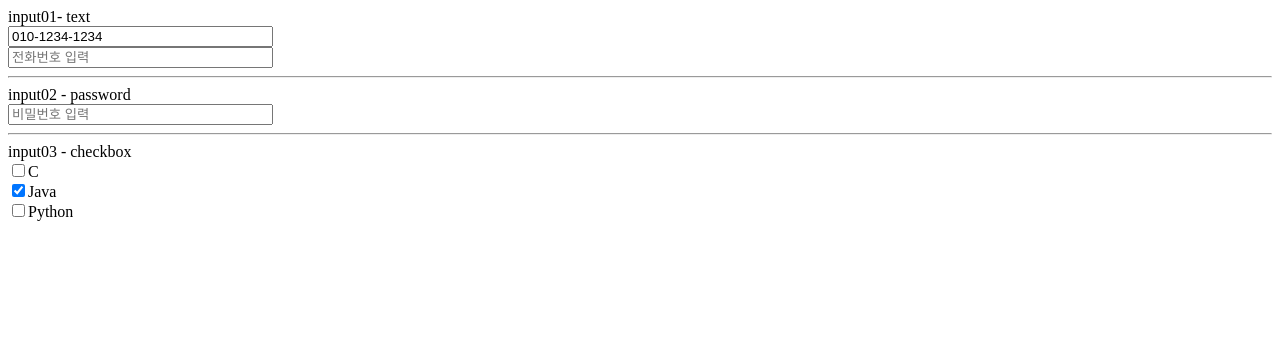
Repository: jjb5442/JSP
Page: 3Day/workspace/02_HTML_tutorial/src/main/webapp/08_Tutorial.html
These files come from the project's save history. The page is drawn as it stood at one moment and after the next save; the edit follows.
The browser window is 1280 px wide. The pictures show the whole page.

Above is the page before, as saved 2022-05-14 03:21:25.

After the next save:
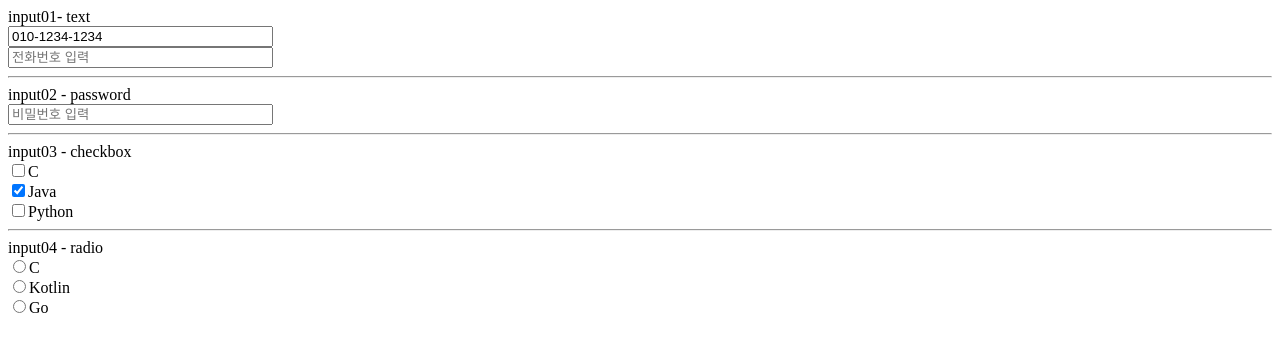
Saved 86 s later.
--- a/3Day/workspace/02_HTML_tutorial/src/main/webapp/08_Tutorial.html
+++ b/3Day/workspace/02_HTML_tutorial/src/main/webapp/08_Tutorial.html
@@ -26,5 +26,12 @@
 	<!-- checked : 기본값이 체크가 활성화된 상태로 지정 -->
 	<input type="checkbox" value="Java" checked>Java<br/>
 	<input type="checkbox" value="Python">Python<br/>
+	<hr/>
+
+	input04 - radio<br/>
+	<input type="radio" value="C++">C<br/>
+	<input type="radio" value="Kotlin">Kotlin<br/>
+	<input type="radio" value="Go">Go<br/>
+
 </body>
 </html>
